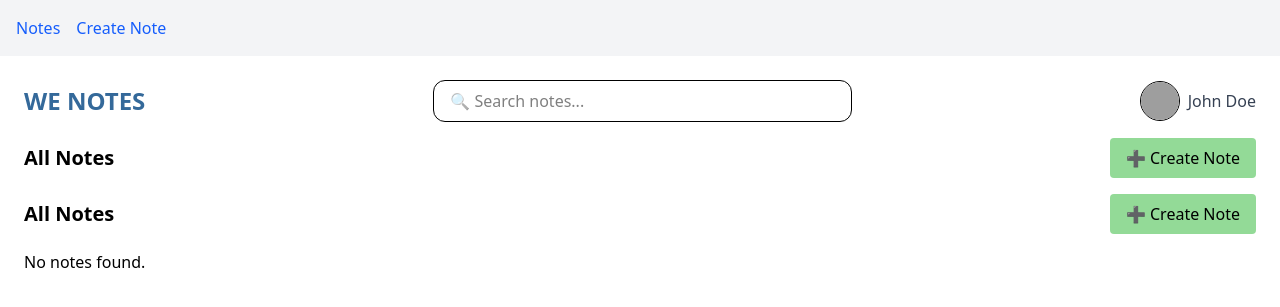
Repository: pin-seavmuy/NoteApplication
Page: / (app in note-vue/)
These files come from the project's save history. The page is drawn as it stood at one moment and after the next save; the edit follows.
The browser window is 1280 px wide. The pictures show the whole page.
Pictures or frames that could not be fetched are drawn as grey boxes. The page's requests for data from a server got no answer. The project was rebuilt for these pictures with package versions that can differ from the ones it lists, and the page was loaded fresh each time. No one was signed in, and anything a server would have sent is missing. Also part of the build but not shown: note-vue/vite.config.ts, note-vue/src/components/NoteWrapper.vue, note-vue/src/views/CreateNote.vue, note-vue/src/views/NoteDetail.vue, note-vue/src/views/UpdateNote.vue.

Above is the page before, as saved 2025-09-16 11:44:36.

After the next save:
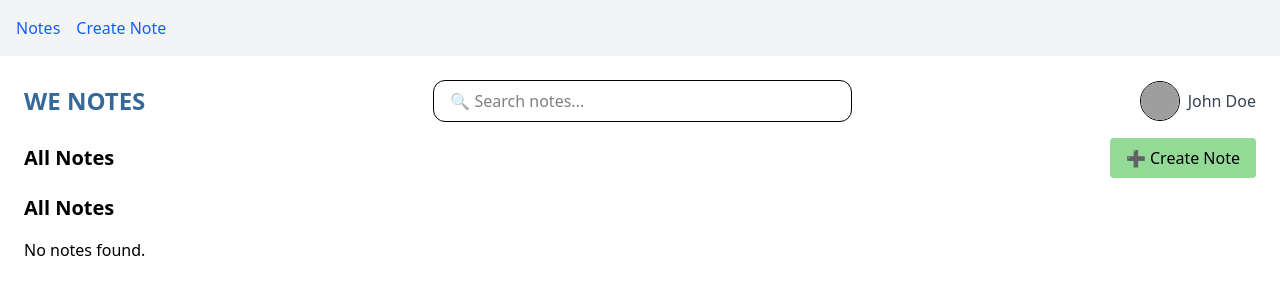
Saved 96 s later.
--- a/note-vue/src/views/NotesList.vue
+++ b/note-vue/src/views/NotesList.vue
@@ -8,13 +8,13 @@
       <router-link to="/" class="text-xl font-bold flex-shrink-0 hover:underline">All Notes</router-link>
 
       <!-- Button to open modal -->
-      <button
+      <!-- <button
         @click="showCreateModal = true"
         class="text-base px-4 py-2 rounded text-black hover:brightness-90"
         style="background-color: #93DA97;"
       >
         ➕ Create Note
-      </button>
+      </button> -->
     </div>
 
     <div v-if="loading">Loading...</div>

After the save that followed:
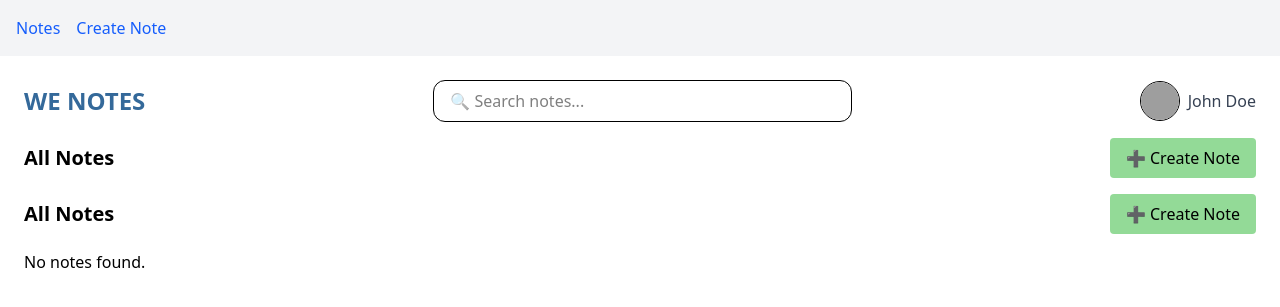
Saved 12 s later.
--- a/note-vue/src/views/NotesList.vue
+++ b/note-vue/src/views/NotesList.vue
@@ -8,13 +8,13 @@
       <router-link to="/" class="text-xl font-bold flex-shrink-0 hover:underline">All Notes</router-link>
 
       <!-- Button to open modal -->
-      <!-- <button
+      <button
         @click="showCreateModal = true"
         class="text-base px-4 py-2 rounded text-black hover:brightness-90"
         style="background-color: #93DA97;"
       >
         ➕ Create Note
-      </button> -->
+      </button>
     </div>
 
     <div v-if="loading">Loading...</div>
